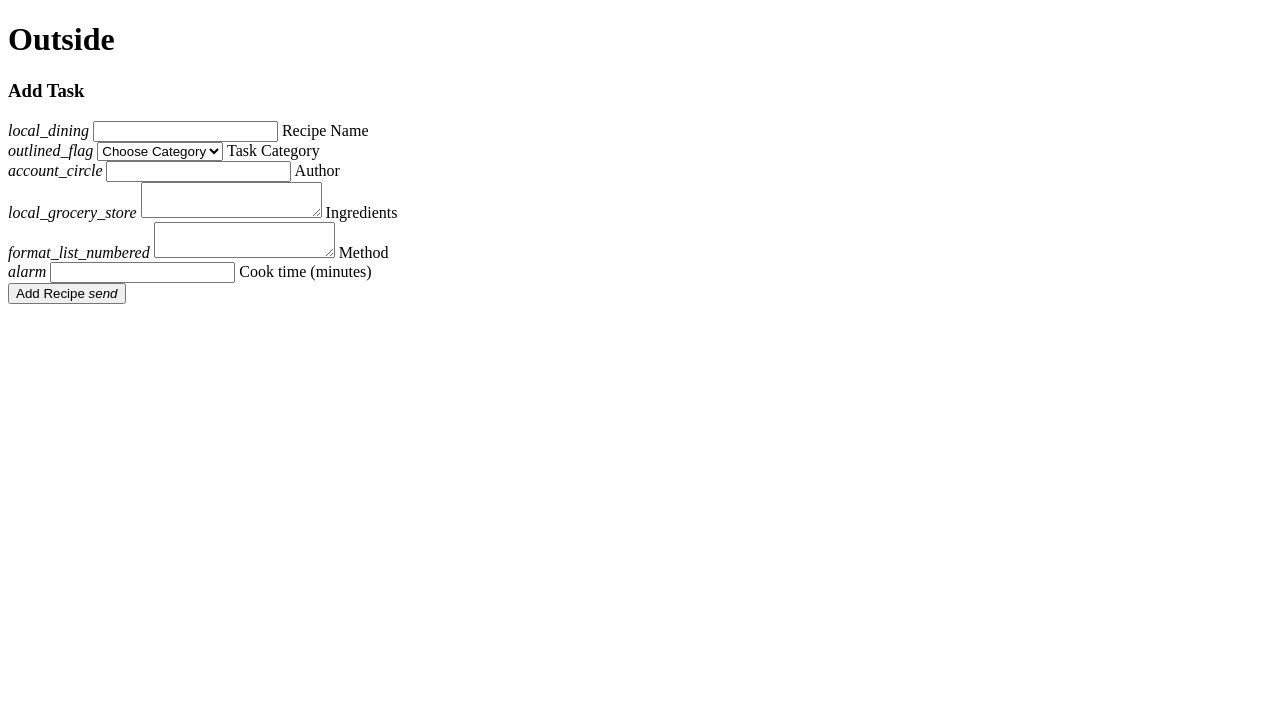
Repository: nakitamccool/francisillingworth-milestone-project-3
Page: http://localhost/
The author's editor kept a record of every edit. The page is drawn from the files as they stood at one moment, then again after the next edit.
The browser window is 1280 px wide. The pictures show the whole page.
The page is served by the project's application, run on Flask 3 (app.py). Queries for data that is not in the repository find no rows.

Above is the page before.

After the next edit:
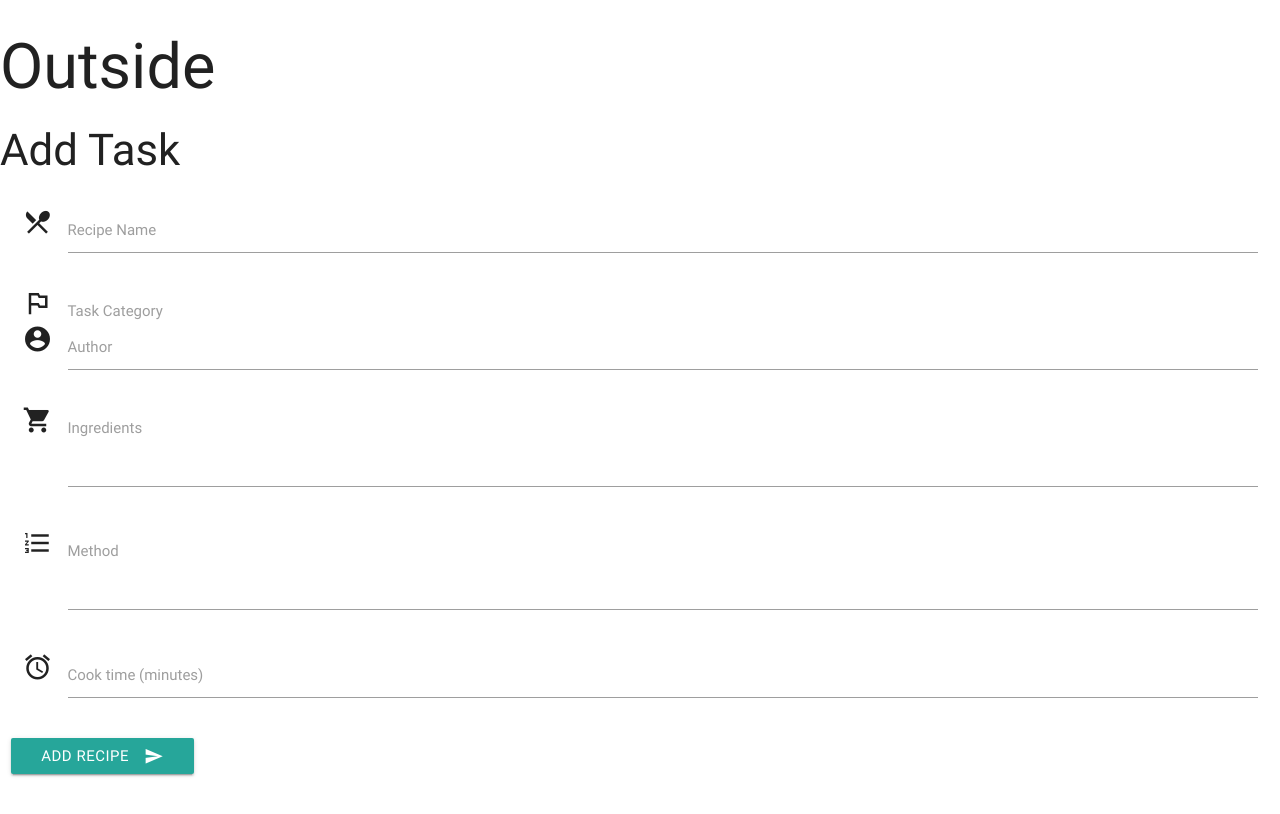
The edit:
--- a/templates/base.html
+++ b/templates/base.html
@@ -1,6 +1,10 @@
 <!DOCTYPE html>
 <html lang="en">
 <head>
+    <link href="https://fonts.googleapis.com/icon?family=Material+Icons"
+      rel="stylesheet">
+    <link rel="stylesheet"  href="https://cdnjs.cloudflare.com/ajax/libs/materialize/0.100.2/css/materialize.min.css">
+
 
 </head>
 <body>
